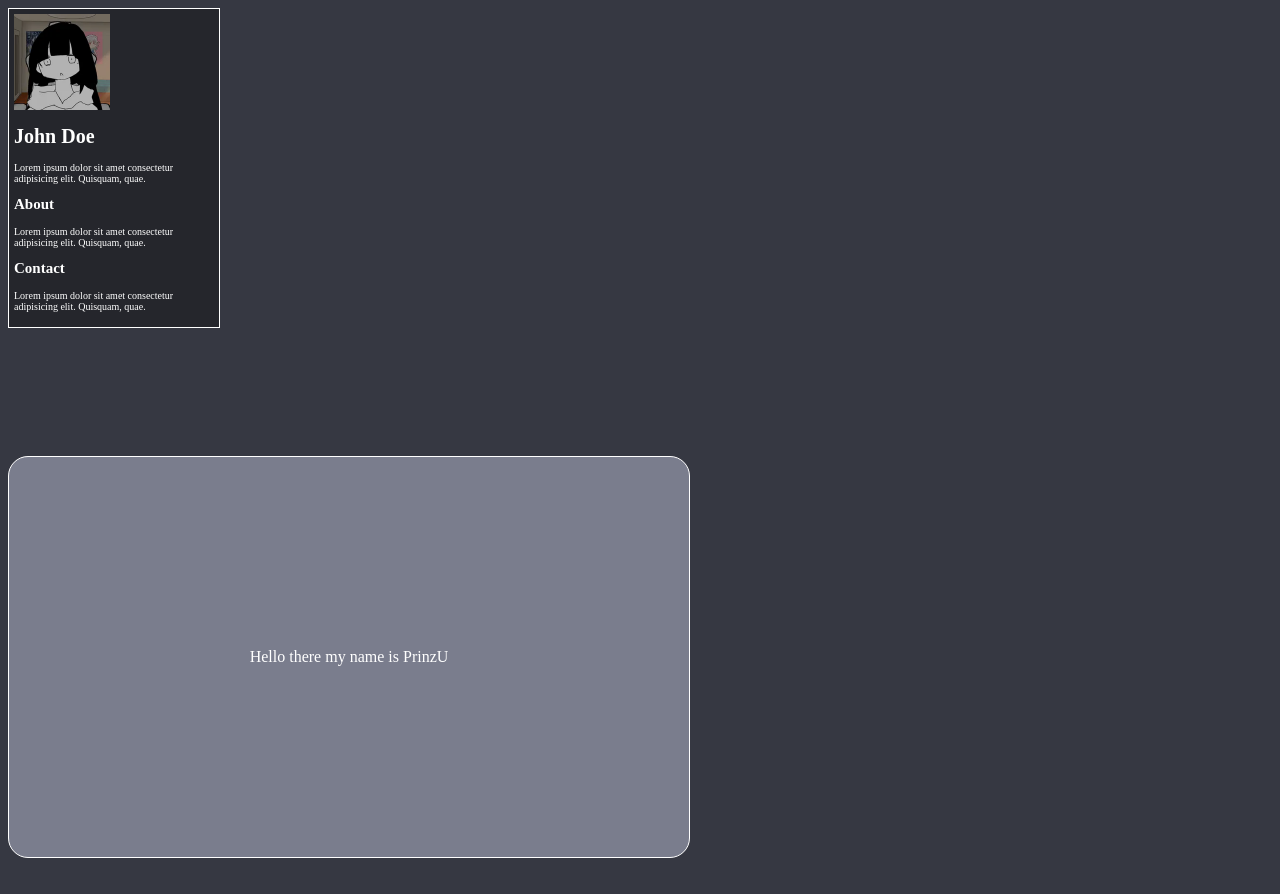
Repository: PrinzAI/PrinzAI.github.io
Page: index.html
These files come from the project's save history. The page is drawn as it stood at one moment and after the next save; the edit follows.
The browser window is 1280 px wide. The pictures show the whole page.
Some web fonts or font styles are not loaded; a fallback is used.

Above is the page before, as saved 2022-10-19 11:05:28.

After the next save:
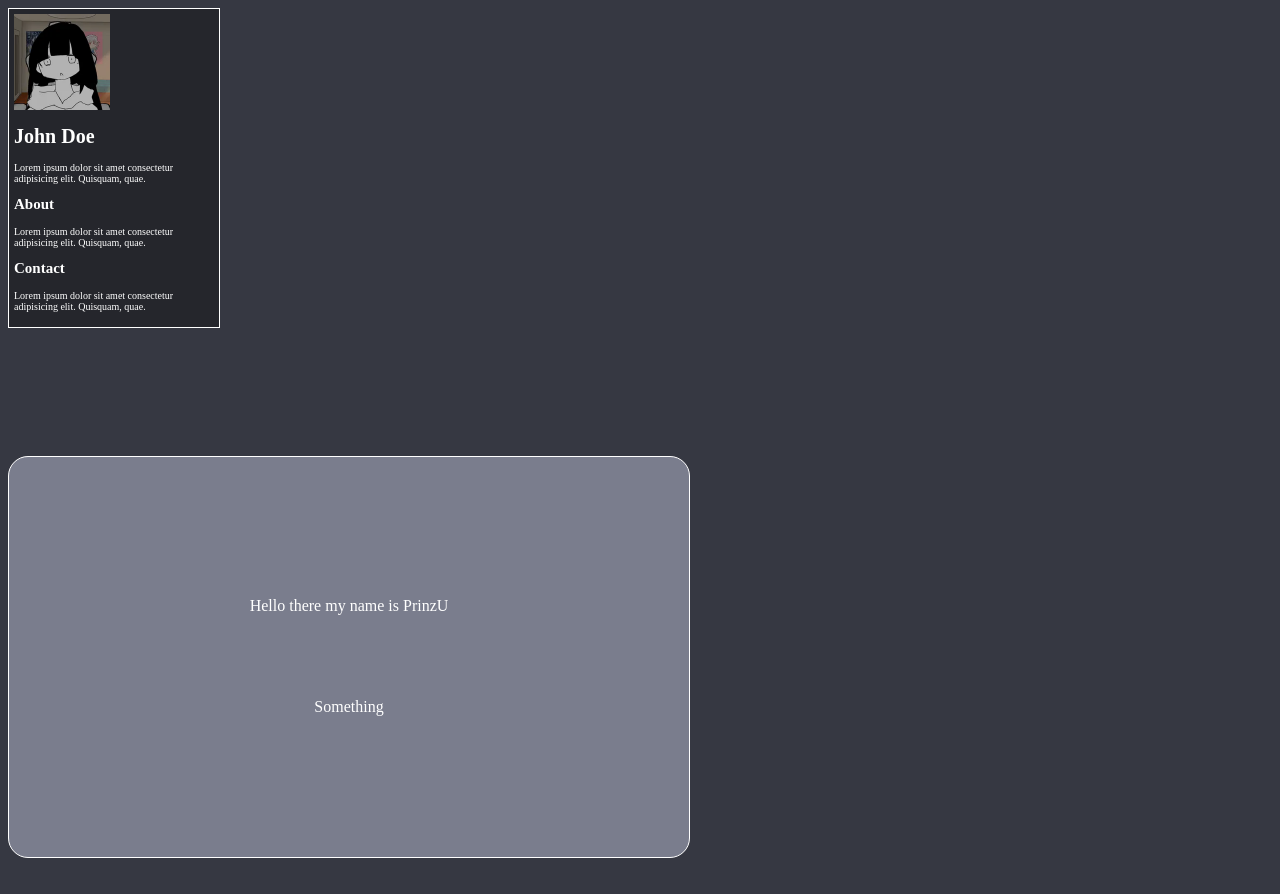
Saved 43 s later.
--- a/index.html
+++ b/index.html
@@ -30,6 +30,8 @@
     </div>
     <div class="first-container">
         <p>Hello there my name is PrinzU</p>
+        <p>⠀</p>
+        <p>Something</p>
     </div>
 </body>
 </html>

After the save that followed:
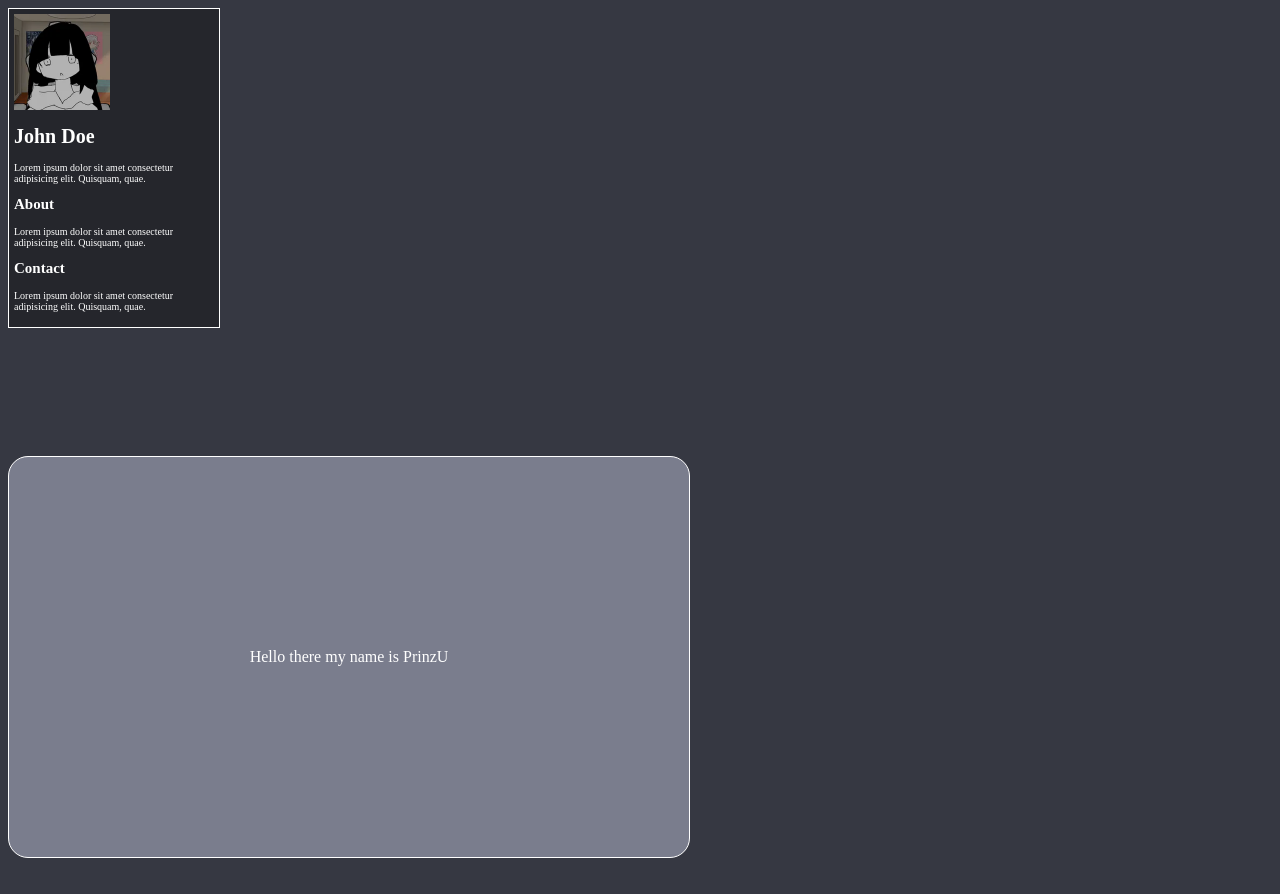
Saved 2 min 6 s later.
--- a/index.html
+++ b/index.html
@@ -30,8 +30,7 @@
     </div>
     <div class="first-container">
         <p>Hello there my name is PrinzU</p>
-        <p>⠀</p>
-        <p>Something</p>
+
     </div>
 </body>
 </html>
